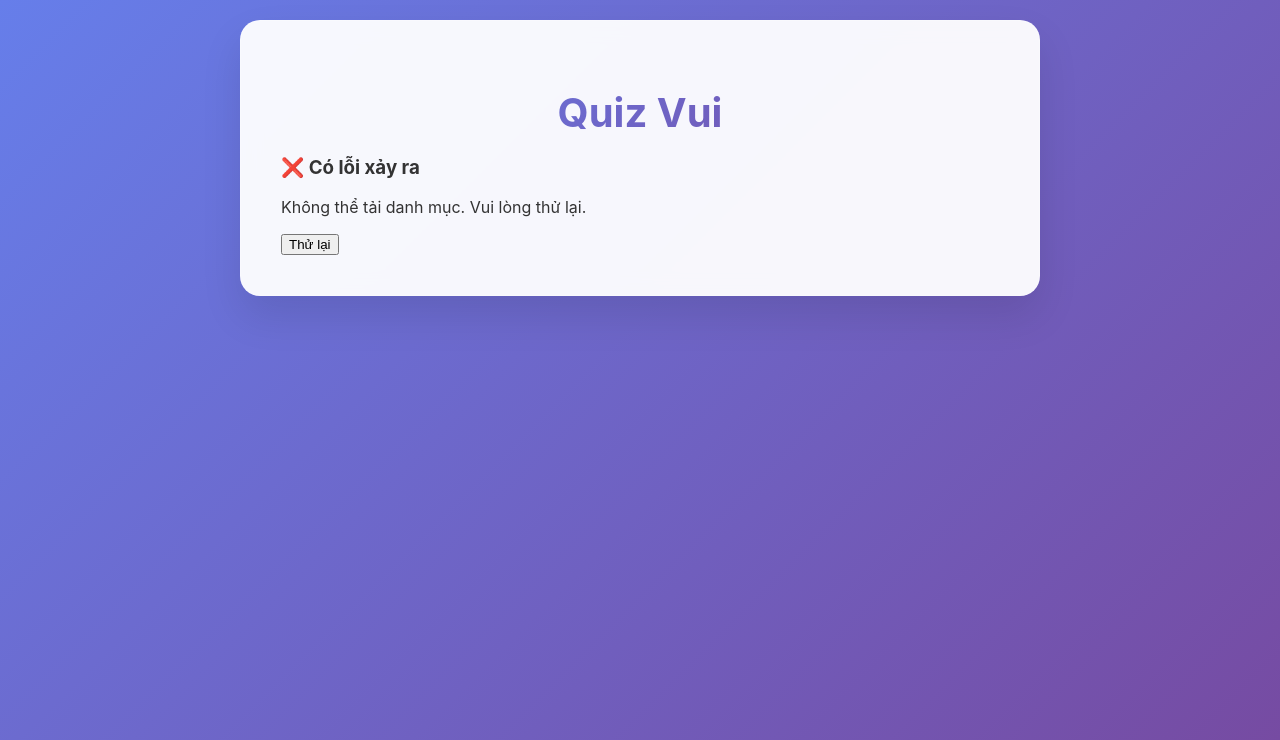
Repository: HuynhPPP/Quiz_App
Page: /
These files come from the project's save history. The page is drawn as it stood at one moment and after the next save; the edit follows.
The browser window is 1280 px wide. The pictures show the whole page.
The page's requests for data from a server got no answer. The project was rebuilt for these pictures with package versions that can differ from the ones it lists, and the page was loaded fresh each time. No one was signed in, and anything a server would have sent is missing. Also part of the build but not shown: vite.config.js, src/components/Resutl.jsx, src/components/Review.jsx.

Above is the page before, as saved 2025-09-27 19:38:18.

### index.html
<!doctype html>
<html lang="en">
  <head>
    <meta charset="UTF-8" />
    <link rel="icon" type="image/svg+xml" href="/vite.svg" />
    <meta name="viewport" content="width=device-width, initial-scale=1.0" />
    <title>Quiz Vui</title>
  </head>
  <body>
    <div id="root"></div>
    <script type="module" src="/src/main.jsx"></script>
  </body>
</html>

### src/index.css
/* Global reset and styling */
body {
  margin: 0;
  padding: 0;
  font-family: "Inter", "Segoe UI", Tahoma, Geneva, Verdana, sans-serif;
  background: linear-gradient(135deg, #667eea 0%, #764ba2 100%);
  color: #333;
  min-height: 100vh;
}

/* Container styling for the app */
.container {
  max-width: 800px;
  margin: 20px auto;
  background: rgba(255, 255, 255, 0.95);
  padding: 40px;
  border-radius: 20px;
  box-shadow: 0 20px 40px rgba(0, 0, 0, 0.1);
  backdrop-filter: blur(10px);
  border: 1px solid rgba(255, 255, 255, 0.2);
  overflow: hidden;
  word-wrap: break-word;
  box-sizing: border-box;
}

/* Header styling */
h1,
h2 {
  text-align: center;
  margin-bottom: 30px;
  background: linear-gradient(135deg, #667eea, #764ba2);
  -webkit-background-clip: text;
  -webkit-text-fill-color: transparent;
  background-clip: text;
  font-weight: 700;
}

h1 {
  font-size: 2.5em;
  margin-bottom: 10px;
}

h2 {
  font-size: 2em;
}

/* Styling the question text */
.question {
  font-size: 1.4em;
  margin-bottom: 30px;
  font-weight: 600;
  color: #2d3748;
  line-height: 1.6;
  text-align: center;
  padding: 20px;
  background: linear-gradient(135deg, #f7fafc, #edf2f7);
  border-radius: 15px;
  border-left: 5px solid #667eea;
}

/* Option button styling */
.option {
  display: block;
  width: 100%;
  padding: 20px 25px;
  margin: 15px 0;
  border: 3px solid transparent;
  border-radius: 15px;
  background: linear-gradient(135deg, #ffffff, #f8f9fa);
  cursor: pointer;
  text-align: left;
  transition: all 0.3s cubic-bezier(0.4, 0, 0.2, 1);
  font-size: 1.1em;
  font-weight: 500;
  color: #2d3748;
  box-shadow: 0 4px 15px rgba(0, 0, 0, 0.05);
  position: relative;
  overflow: hidden;
}

.option::before {
  content: '';
  position: absolute;
  top: 0;
  left: -100%;
  width: 100%;
  height: 100%;
  background: linear-gradient(90deg, transparent, rgba(255, 255, 255, 0.4), transparent);
  transition: left 0.5s;
}

.option:hover::before {
  left: 100%;
}

.option:hover {
  transform: translateY(-3px);
  box-shadow: 0 8px 25px rgba(102, 126, 234, 0.15);
  border-color: #667eea;
  background: linear-gradient(135deg, #f8f9ff, #ffffff);
}

.option.selected {
  background: linear-gradient(135deg, #667eea, #764ba2);
  border-color: #667eea;
  color: white;
  transform: translateY(-2px);
  box-shadow: 0 8px 25px rgba(102, 126, 234, 0.3);
}

.option.selected::before {
  background: linear-gradient(90deg, transparent, rgba(255, 255, 255, 0.2), transparent);
}

/* Navigation button styles */
.nav-buttons {
  display: flex;
  justify-content: space-between;
  margin-top: 40px;
  gap: 20px;
}

.nav-buttons button {
  padding: 15px 30px;
  border: none;
  background: linear-gradient(135deg, #667eea, #764ba2);
  color: white;
  border-radius: 12px;
  cursor: pointer;
  font-size: 1.1em;
  font-weight: 600;
  transition: all 0.3s cubic-bezier(0.4, 0, 0.2, 1);
  box-shadow: 0 4px 15px rgba(102, 126, 234, 0.3);
  position: relative;
  overflow: hidden;
}

.nav-buttons button::before {
  content: '';
  position: absolute;
  top: 0;
  left: -100%;
  width: 100%;
  height: 100%;
  background: linear-gradient(90deg, transparent, rgba(255, 255, 255, 0.2), transparent);
  transition: left 0.5s;
}

.nav-buttons button:hover::before {
  left: 100%;
}

.nav-buttons button:hover {
  transform: translateY(-2px);
  box-shadow: 0 8px 25px rgba(102, 126, 234, 0.4);
}

.nav-buttons button:disabled {
  background: linear-gradient(135deg, #a0aec0, #cbd5e0);
  cursor: not-allowed;
  transform: none;
  box-shadow: 0 2px 8px rgba(0, 0, 0, 0.1);
}

.nav-buttons button:disabled::before {
  display: none;
}

.result-button {
  display: block;
  padding: 10px 20px;
  border: none;
  background: oklch(55.4% 0.046 257.417);
  color: white;
  border-radius: 6px;
  cursor: pointer;
  font-size: 1em;
  transition: background 0.3s;
}

.result-button:hover {
  background: #1e88e5;
}

/* Score display styling */
.score {
  font-size: 1.4em;
  text-align: center;
  margin: 20px 0;
}

.correct-answer {
  color: #10b981;
  font-weight: 600;
  font-size: 1.1em;
  text-align: center;
  padding: 15px;
  background: linear-gradient(135deg, #d1fae5, #a7f3d0);
  border-radius: 10px;
  border-left: 5px solid #10b981;
  margin: 20px 0;
  animation: slideIn 0.3s ease-out;
}

.incorrect-answer {
  color: #ef4444;
  font-weight: 600;
  font-size: 1.1em;
  text-align: center;
  padding: 15px;
  background: linear-gradient(135deg, #fee2e2, #fecaca);
  border-radius: 10px;
  border-left: 5px solid #ef4444;
  margin: 20px 0;
  animation: slideIn 0.3s ease-out;
}

@keyframes slideIn {
  from {
    opacity: 0;
    transform: translateY(-10px);
  }
  to {
    opacity: 1;
    transform: translateY(0);
  }
}

p.result {
  text-align: center;
  margin: 40px;
}

.resultButtonsContainer {
  display: flex;
  justify-content: center;
  gap: 20px;
}

/* Review component styles */
.review-question {
  margin-bottom: 30px;
  padding: 25px;
  background: linear-gradient(135deg, rgba(102, 126, 234, 0.05), rgba(118, 75, 162, 0.05));
  border-radius: 15px;
  border: 1px solid rgba(102, 126, 234, 0.1);
  overflow: hidden;
  word-wrap: break-word;
}

.review-question h3 {
  margin-bottom: 15px;
  font-size: 1.3em;
  background: linear-gradient(135deg, #667eea, #764ba2);
  -webkit-background-clip: text;
  -webkit-text-fill-color: transparent;
  background-clip: text;
}

.review-options {
  margin: 20px 0;
}

.review-options .option {
  position: relative;
  cursor: default;
  padding: 15px 20px;
  margin: 10px 0;
  border: 2px solid transparent;
  border-radius: 12px;
  font-size: 1em;
  font-weight: 500;
  transition: all 0.3s ease;
  word-wrap: break-word;
  overflow-wrap: break-word;
}

.review-options .option:hover {
  transform: none;
  box-shadow: none;
}

.review-options .correct-user-answer {
  background: linear-gradient(135deg, #d4edda, #c3e6cb);
  border-color: #28a745;
  color: #155724;
  box-shadow: 0 2px 8px rgba(40, 167, 69, 0.2);
  font-weight: 600;
}

.review-options .incorrect-user-answer {
  background: linear-gradient(135deg, #f8d7da, #f5c6cb);
  border-color: #dc3545;
  color: #721c24;
  box-shadow: 0 2px 8px rgba(220, 53, 69, 0.2);
  font-weight: 600;
}

.review-options .correct-answer {
  background: linear-gradient(135deg, #d1ecf1, #bee5eb);
  border-color: #17a2b8;
  color: #0c5460;
  box-shadow: 0 2px 8px rgba(23, 162, 184, 0.2);
  font-weight: 600;
}

.answer-label {
  font-weight: bold;
  font-size: 0.85em;
  margin-left: 8px;
  padding: 2px 6px;
  border-radius: 4px;
  background: rgba(255, 255, 255, 0.3);
}

.review-buttons {
  display: flex;
  justify-content: center;
  gap: 20px;
  margin-top: 40px;
  flex-wrap: wrap;
}

.review-buttons .result-button {
  padding: 15px 30px;
  border: none;
  border-radius: 12px;
  cursor: pointer;
  font-size: 1.1em;
  font-weight: 600;
  transition: all 0.3s cubic-bezier(0.4, 0, 0.2, 1);
  box-shadow: 0 4px 15px rgba(0, 0, 0, 0.1);
  position: relative;
  overflow: hidden;
}

.review-buttons .result-button:first-child {
  background: linear-gradient(135deg, #6c757d, #5a6268);
  color: white;
}

.review-buttons .result-button:last-child {
  background: linear-gradient(135deg, #667eea, #764ba2);
  color: white;
}

.review-buttons .result-button:hover {
  transform: translateY(-2px);
  box-shadow: 0 8px 25px rgba(0, 0, 0, 0.2);
}

.review-buttons .result-button:first-child:hover {
  background: linear-gradient(135deg, #5a6268, #495057);
}

.review-buttons .result-button:last-child:hover {
  background: linear-gradient(135deg, #5a6fd8, #6a4190);
}

/* Quiz Selector styles */
.quiz-description {
  text-align: center;
  margin-bottom: 40px;
  color: #4a5568;
  font-size: 1.2em;
  font-weight: 500;
  line-height: 1.6;
}

/* Question Count Selector */
.question-count-selector {
  margin-bottom: 40px;
  padding: 30px;
  background: linear-gradient(135deg, rgba(102, 126, 234, 0.05), rgba(118, 75, 162, 0.05));
  border-radius: 20px;
  border: 1px solid rgba(102, 126, 234, 0.1);
}

.question-count-selector h3 {
  text-align: center;
  margin-bottom: 20px;
  font-size: 1.3em;
  background: linear-gradient(135deg, #667eea, #764ba2);
  -webkit-background-clip: text;
  -webkit-text-fill-color: transparent;
  background-clip: text;
  font-weight: 600;
}

.count-options {
  display: flex;
  justify-content: center;
  gap: 15px;
  flex-wrap: wrap;
}

.count-option {
  padding: 12px 20px;
  border: 3px solid transparent;
  border-radius: 12px;
  background: linear-gradient(135deg, #ffffff, #f8f9fa);
  cursor: pointer;
  font-size: 1em;
  font-weight: 600;
  transition: all 0.3s cubic-bezier(0.4, 0, 0.2, 1);
  color: #2d3748;
  box-shadow: 0 4px 15px rgba(0, 0, 0, 0.05);
  position: relative;
  overflow: hidden;
}

.count-option::before {
  content: '';
  position: absolute;
  top: 0;
  left: -100%;
  width: 100%;
  height: 100%;
  background: linear-gradient(90deg, transparent, rgba(102, 126, 234, 0.1), transparent);
  transition: left 0.5s;
}

.count-option:hover::before {
  left: 100%;
}

.count-option:hover {
  border-color: #667eea;
  background: linear-gradient(135deg, #f8f9ff, #ffffff);
  transform: translateY(-2px);
  box-shadow: 0 8px 25px rgba(102, 126, 234, 0.15);
}

.count-option.selected {
  background: linear-gradient(135deg, #667eea, #764ba2);
  border-color: #667eea;
  color: white;
  transform: translateY(-2px);
  box-shadow: 0 8px 25px rgba(102, 126, 234, 0.3);
}

.count-option.selected::before {
  background: linear-gradient(90deg, transparent, rgba(255, 255, 255, 0.2), transparent);
}

.quiz-categories {
  display: grid;
  grid-template-columns: repeat(auto-fit, minmax(300px, 1fr));
  gap: 20px;
  margin-top: 30px;
}

.category-button {
  padding: 25px 30px;
  border: 3px solid transparent;
  border-radius: 15px;
  background: linear-gradient(135deg, #ffffff, #f8f9fa);
  cursor: pointer;
  font-size: 1.1em;
  font-weight: 600;
  transition: all 0.3s cubic-bezier(0.4, 0, 0.2, 1);
  text-align: left;
  box-shadow: 0 4px 15px rgba(0, 0, 0, 0.05);
  position: relative;
  overflow: hidden;
}

.category-button::before {
  content: '';
  position: absolute;
  top: 0;
  left: -100%;
  width: 100%;
  height: 100%;
  background: linear-gradient(90deg, transparent, rgba(102, 126, 234, 0.1), transparent);
  transition: left 0.5s;
}

.category-button:hover::before {
  left: 100%;
}

.category-button:hover {
  border-color: #667eea;
  background: linear-gradient(135deg, #f8f9ff, #ffffff);
  transform: translateY(-5px);
  box-shadow: 0 15px 35px rgba(102, 126, 234, 0.2);
}

.category-button.all-questions {
  background: linear-gradient(135deg, #667eea 0%, #764ba2 100%);
  color: white;
  border-color: #667eea;
  font-weight: bold;
}

.category-button.all-questions:hover {
  background: linear-gradient(135deg, #5a6fd8 0%, #6a4190 100%);
  transform: translateY(-5px);
  box-shadow: 0 15px 35px rgba(102, 126, 234, 0.4);
}

.category-button.random {
  background: linear-gradient(135deg, #f093fb 0%, #f5576c 100%);
  color: white;
  border-color: #f093fb;
  font-weight: bold;
}

.category-button.random:hover {
  background: linear-gradient(135deg, #ee82f0 0%, #f3455a 100%);
  transform: translateY(-5px);
  box-shadow: 0 15px 35px rgba(240, 147, 251, 0.4);
}

/* Dark Theme Styles */
.dark-theme {
  background: #1a1a1a;
  color: #e0e0e0;
}

.dark-theme .container {
  background: #2d2d2d;
  color: #e0e0e0;
  box-shadow: 0 4px 12px rgba(0, 0, 0, 0.3);
}

.dark-theme .option {
  background: #3d3d3d;
  color: #e0e0e0;
  border-color: #555;
}

.dark-theme .option:hover {
  background: #4d4d4d;
}

.dark-theme .option.selected {
  background: #1e3a8a;
  border-color: #3b82f6;
  color: #e0e0e0;
}

.dark-theme .nav-buttons button {
  background: #3b82f6;
}

.dark-theme .nav-buttons button:hover {
  background: #2563eb;
}

.dark-theme .result-button {
  background: #3b82f6;
}

.dark-theme .result-button:hover {
  background: #2563eb;
}

/* Theme Toggle */
.theme-toggle {
  position: fixed;
  top: 20px;
  right: 20px;
  z-index: 1000;
}

.theme-toggle-btn {
  width: 50px;
  height: 50px;
  border-radius: 50%;
  border: 2px solid #e0e0e0;
  background: #fff;
  cursor: pointer;
  font-size: 20px;
  display: flex;
  align-items: center;
  justify-content: center;
  transition: all 0.3s;
  box-shadow: 0 2px 8px rgba(0, 0, 0, 0.1);
}

.theme-toggle-btn:hover {
  transform: scale(1.1);
  box-shadow: 0 4px 12px rgba(0, 0, 0, 0.2);
}

.dark-theme .theme-toggle-btn {
  background: #2d2d2d;
  border-color: #555;
  color: #e0e0e0;
}

/* Timer Styles */
.timer-container {
  display: flex;
  flex-direction: column;
  align-items: center;
  margin-bottom: 20px;
}

.timer-header {
  display: flex;
  align-items: center;
  gap: 10px;
  margin-bottom: 15px;
}

.game-mode-icon {
  font-size: 24px;
}

.game-mode-name {
  font-size: 18px;
  font-weight: bold;
}

.timer-display {
  position: relative;
}

.timer-circle {
  position: relative;
  width: 120px;
  height: 120px;
}

.timer-svg {
  width: 100%;
  height: 100%;
  transform: rotate(-90deg);
}

.timer-progress {
  transition: stroke-dashoffset 0.3s ease;
}

.timer-progress.active {
  animation: pulse 1s infinite;
}

@keyframes pulse {
  0%, 100% { opacity: 1; }
  50% { opacity: 0.7; }
}

.timer-text {
  position: absolute;
  top: 50%;
  left: 50%;
  transform: translate(-50%, -50%);
  text-align: center;
}

.time-number {
  display: block;
  font-size: 24px;
  font-weight: bold;
  color: #333;
}

.time-label {
  display: block;
  font-size: 12px;
  color: #666;
}

.dark-theme .time-number {
  color: #e0e0e0;
}

.dark-theme .time-label {
  color: #999;
}

/* Streak Display */
.streak-container {
  display: flex;
  flex-direction: column;
  align-items: center;
  padding: 15px;
  background: linear-gradient(135deg, #ff6b6b, #ffa500);
  border-radius: 15px;
  color: white;
  min-width: 200px;
}

.streak-main {
  display: flex;
  align-items: center;
  gap: 15px;
  margin-bottom: 10px;
}

.streak-fire {
  font-size: 32px;
  animation: flame 1s infinite alternate;
}

@keyframes flame {
  0% { transform: scale(1); }
  100% { transform: scale(1.1); }
}

.streak-info {
  text-align: center;
}

.streak-number {
  font-size: 28px;
  font-weight: bold;
  display: block;
}

.streak-message {
  font-size: 14px;
  opacity: 0.9;
}

.streak-stats {
  display: flex;
  gap: 20px;
  font-size: 12px;
}

.stat-item {
  display: flex;
  flex-direction: column;
  align-items: center;
}

.stat-label {
  opacity: 0.8;
}

.stat-value {
  font-weight: bold;
  font-size: 16px;
}

/* Quiz Header Layout */
.quiz-header {
  display: flex;
  justify-content: space-between;
  align-items: center;
  margin-bottom: 40px;
  gap: 20px;
  padding: 20px;
  background: linear-gradient(135deg, rgba(102, 126, 234, 0.1), rgba(118, 75, 162, 0.1));
  border-radius: 15px;
  border: 1px solid rgba(102, 126, 234, 0.2);
}

.quiz-content {
  flex: 1;
}

.quiz-header h2 {
  margin: 0;
  font-size: 1.8em;
  background: linear-gradient(135deg, #667eea, #764ba2);
  -webkit-background-clip: text;
  -webkit-text-fill-color: transparent;
  background-clip: text;
}

/* Game Modes Section */
.game-modes-section {
  margin-bottom: 30px;
}

.game-modes-section h3 {
  text-align: center;
  margin-bottom: 20px;
  color: #333;
}

.game-modes {
  display: grid;
  grid-template-columns: repeat(auto-fit, minmax(200px, 1fr));
  gap: 15px;
  margin-bottom: 20px;
}

.game-mode-card {
  display: flex;
  align-items: center;
  gap: 15px;
  padding: 15px;
  background: #f8f9fa;
  border-radius: 10px;
  border: 2px solid #e9ecef;
}

.mode-icon {
  font-size: 24px;
}

.mode-info h4 {
  margin: 0 0 5px 0;
  color: #333;
}

.mode-info p {
  margin: 0;
  font-size: 12px;
  color: #666;
}

.dark-theme .game-mode-card {
  background: #3d3d3d;
  border-color: #555;
}

.dark-theme .mode-info h4 {
  color: #e0e0e0;
}

.dark-theme .mode-info p {
  color: #999;
}

/* Quiz Categories Section */
.quiz-categories-section {
  margin-bottom: 30px;
}

.quiz-categories-section h3 {
  text-align: center;
  margin-bottom: 20px;
  color: #333;
}

.dark-theme .quiz-categories-section h3 {
  color: #e0e0e0;
}

/* Quick Start Section */
.quick-start-section {
  margin-bottom: 30px;
}

.quick-start-section h3 {
  text-align: center;
  margin-bottom: 20px;
  color: #333;
}

.quick-start-buttons {
  display: flex;
  justify-content: center;
  gap: 15px;
  flex-wrap: wrap;
}

.quick-start-btn {
  padding: 12px 20px;
  border: none;
  border-radius: 8px;
  cursor: pointer;
  font-size: 14px;
  font-weight: bold;
  transition: all 0.3s;
  color: white;
}

.quick-start-btn.time-attack {
  background: linear-gradient(135deg, #ff6b6b, #ee5a24);
}

.quick-start-btn.blitz {
  background: linear-gradient(135deg, #feca57, #ff9ff3);
}

.quick-start-btn.survival {
  background: linear-gradient(135deg, #2c2c54, #40407a);
}

.quick-start-btn:hover {
  transform: translateY(-2px);
  box-shadow: 0 4px 12px rgba(0, 0, 0, 0.2);
}

.dark-theme .quick-start-section h3 {
  color: #e0e0e0;
}

/* Back to Selector Button */
.back-to-selector-btn {
  padding: 12px 20px;
  background: linear-gradient(135deg, #6c757d, #5a6268);
  color: white;
  border: none;
  border-radius: 10px;
  cursor: pointer;
  font-size: 14px;
  font-weight: 600;
  transition: all 0.3s cubic-bezier(0.4, 0, 0.2, 1);
  display: flex;
  align-items: center;
  gap: 8px;
  box-shadow: 0 4px 15px rgba(108, 117, 125, 0.3);
  position: relative;
  overflow: hidden;
}

.back-to-selector-btn::before {
  content: '';
  position: absolute;
  top: 0;
  left: -100%;
  width: 100%;
  height: 100%;
  background: linear-gradient(90deg, transparent, rgba(255, 255, 255, 0.2), transparent);
  transition: left 0.5s;
}

.back-to-selector-btn:hover::before {
  left: 100%;
}

.back-to-selector-btn:hover {
  background: linear-gradient(135deg, #5a6268, #495057);
  transform: translateY(-2px);
  box-shadow: 0 8px 25px rgba(108, 117, 125, 0.4);
}

.dark-theme .back-to-selector-btn {
  background: linear-gradient(135deg, #495057, #343a40);
}

.dark-theme .back-to-selector-btn:hover {
  background: linear-gradient(135deg, #343a40, #212529);
}

### src/App.jsx
import Quiz from "./components/Quiz"

function App() {
  return (
    <div className="container">
      <h1>Quiz Vui</h1>
      <Quiz />

    </div>
  )
}

export default App

### src/styles/api-integration.css
/* Loading and Error States */
.loading-container {
  display: flex;
  flex-direction: column;
  align-items: center;
  justify-content: center;
  padding: 2rem;
  text-align: center;
}

.loading-spinner {
  width: 40px;
  height: 40px;
  border: 4px solid #f3f3f3;
  border-top: 4px solid #3498db;
  border-radius: 50%;
  animation: spin 1s linear infinite;
  margin-bottom: 1rem;
}

@keyframes spin {
  0% { transform: rotate(0deg); }
  100% { transform: rotate(360deg); }
}

.error-container {
  text-align: center;
  padding: 2rem;
  background-color: #ffe6e6;
  border: 1px solid #ffcccc;
  border-radius: 8px;
  margin: 1rem 0;
}

.error-container h3 {
  color: #d32f2f;
  margin-bottom: 0.5rem;
}

.error-container p {
  color: #666;
  margin-bottom: 1rem;
}

.retry-btn {
  background-color: #ff6b6b;
  color: white;
  border: none;
  padding: 0.5rem 1rem;
  border-radius: 4px;
  cursor: pointer;
  font-size: 1rem;
}

.retry-btn:hover {
  background-color: #ff5252;
}

/* Result Component Styles */
.result-summary {
  text-align: center;
  margin-bottom: 2rem;
  padding: 1rem;
  background-color: #f8f9fa;
  border-radius: 8px;
}

.score-message {
  font-size: 1.2rem;
  font-weight: bold;
  margin-top: 0.5rem;
  color: #2c3e50;
}

.score-submission {
  background-color: #e8f5e8;
  padding: 1.5rem;
  border-radius: 8px;
  margin-bottom: 2rem;
  text-align: center;
}

.score-submission h3 {
  margin-bottom: 1rem;
  color: #2c3e50;
}

.score-submission form {
  display: flex;
  flex-direction: column;
  gap: 1rem;
  align-items: center;
}

.score-submission input {
  padding: 0.75rem;
  border: 1px solid #ddd;
  border-radius: 4px;
  font-size: 1rem;
  width: 100%;
  max-width: 300px;
}

.score-submission input:focus {
  outline: none;
  border-color: #3498db;
  box-shadow: 0 0 5px rgba(52, 152, 219, 0.3);
}

.submit-score-btn {
  background-color: #27ae60;
  color: white;
  border: none;
  padding: 0.75rem 1.5rem;
  border-radius: 4px;
  cursor: pointer;
  font-size: 1rem;
  transition: background-color 0.3s;
}

.submit-score-btn:hover:not(:disabled) {
  background-color: #229954;
}

.submit-score-btn:disabled {
  background-color: #bdc3c7;
  cursor: not-allowed;
}

.error-message {
  color: #e74c3c;
  margin-top: 0.5rem;
  font-size: 0.9rem;
}

.success-message {
  background-color: #d4edda;
  color: #155724;
  padding: 1rem;
  border-radius: 4px;
  text-align: center;
  margin-bottom: 2rem;
}

/* Leaderboard Styles */
.leaderboard-section {
  margin-bottom: 2rem;
}

.leaderboard-btn {
  background-color: #f39c12;
  color: white;
  border: none;
  padding: 0.75rem 1.5rem;
  border-radius: 4px;
  cursor: pointer;
  font-size: 1rem;
  margin-bottom: 1rem;
  transition: background-color 0.3s;
}

.leaderboard-btn:hover {
  background-color: #e67e22;
}

.leaderboard {
  background-color: #fff;
  border: 1px solid #ddd;
  border-radius: 8px;
  padding: 1.5rem;
  box-shadow: 0 2px 4px rgba(0,0,0,0.1);
}

.leaderboard h3 {
  text-align: center;
  margin-bottom: 1rem;
  color: #2c3e50;
}

.leaderboard-list {
  display: flex;
  flex-direction: column;
  gap: 0.5rem;
}

.leaderboard-item {
  display: flex;
  justify-content: space-between;
  align-items: center;
  padding: 0.75rem;
  background-color: #f8f9fa;
  border-radius: 4px;
  border-left: 4px solid #3498db;
}

.leaderboard-item:first-child {
  border-left-color: #f1c40f;
  background-color: #fffbf0;
}

.leaderboard-item:nth-child(2) {
  border-left-color: #95a5a6;
  background-color: #f8f9fa;
}

.leaderboard-item:nth-child(3) {
  border-left-color: #cd7f32;
  background-color: #fdf2e9;
}

.rank {
  font-weight: bold;
  color: #2c3e50;
  min-width: 40px;
}

.name {
  flex: 1;
  margin: 0 1rem;
  font-weight: 500;
}

.points {
  font-weight: bold;
  color: #27ae60;
  min-width: 80px;
  text-align: right;
}

/* Responsive Design */
@media (max-width: 768px) {
  .score-submission form {
    flex-direction: column;
  }

  .score-submission input {
    max-width: 100%;
  }

  .leaderboard-item {
    flex-direction: column;
    text-align: center;
    gap: 0.5rem;
  }

  .name {
    margin: 0;
  }
}

Loaded but not shown: src/main.jsx (common file); src/services/quizAPI.js (119 lines, source omitted); src/components/Quiz.jsx (218 lines, source omitted); src/components/QuizSelector.jsx (143 lines, source omitted)

After the next save:
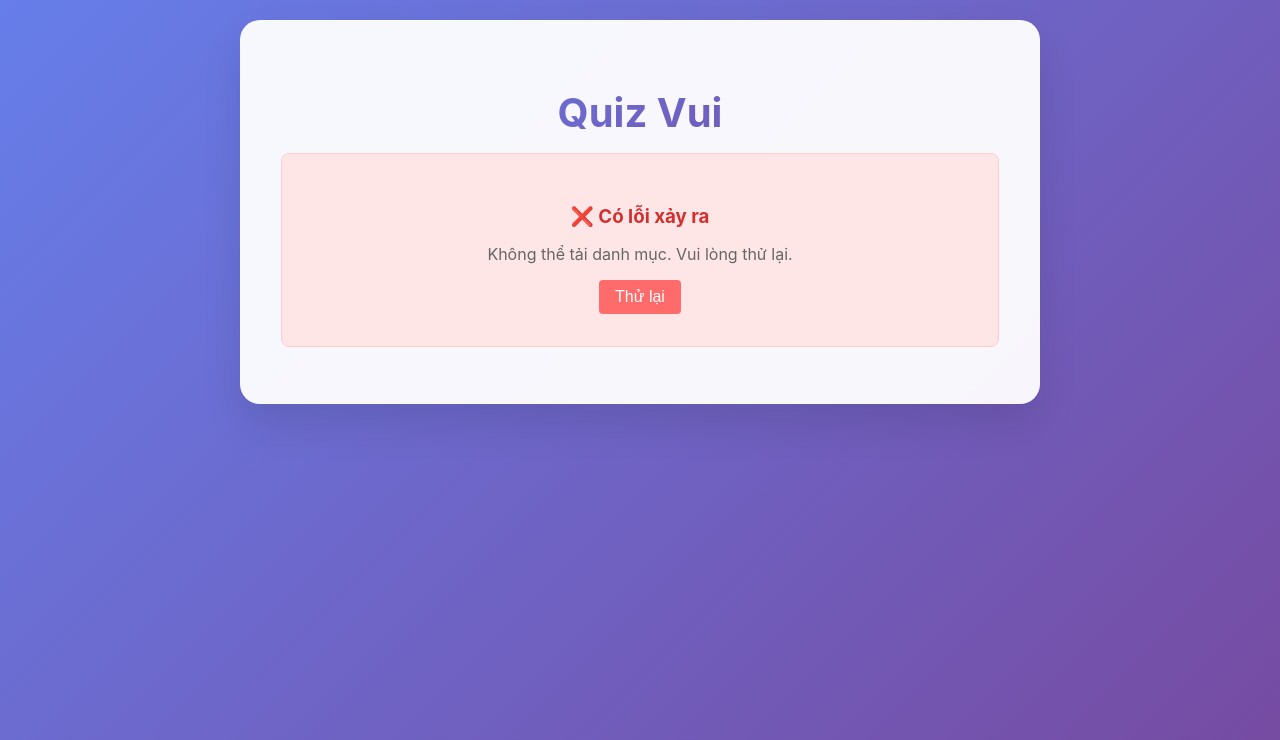
Saved 3 s later.
--- a/src/index.css
+++ b/src/index.css
@@ -1,3 +1,6 @@
+/* Import API integration styles */
+@import './styles/api-integration.css';
+
 /* Global reset and styling */
 body {
   margin: 0;
